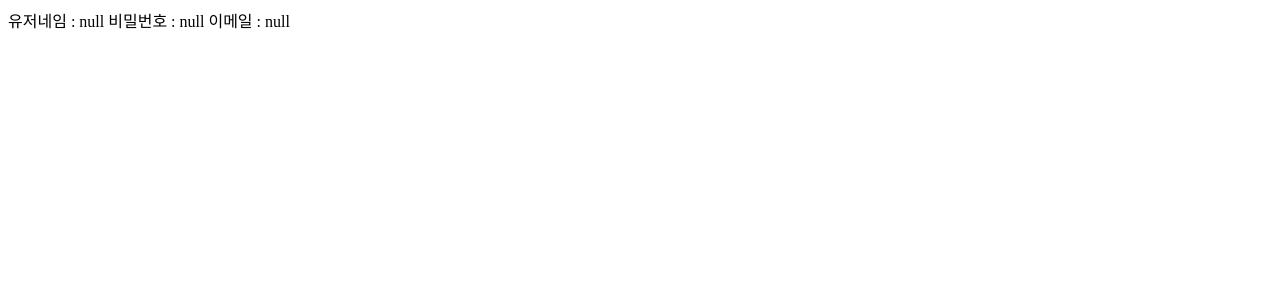
Repository: design-view/jsp-work
Page: http://localhost/cos/joinProc.jsp
An editor plug-in stored every save of this project. The page is shown before and after the next save, followed by the edit.
The browser window is 1280 px wide. The pictures show the whole page.
The page is served by Tomcat 9.

Above is the page before, as saved 2020-08-22 03:51:18.

After the next save:
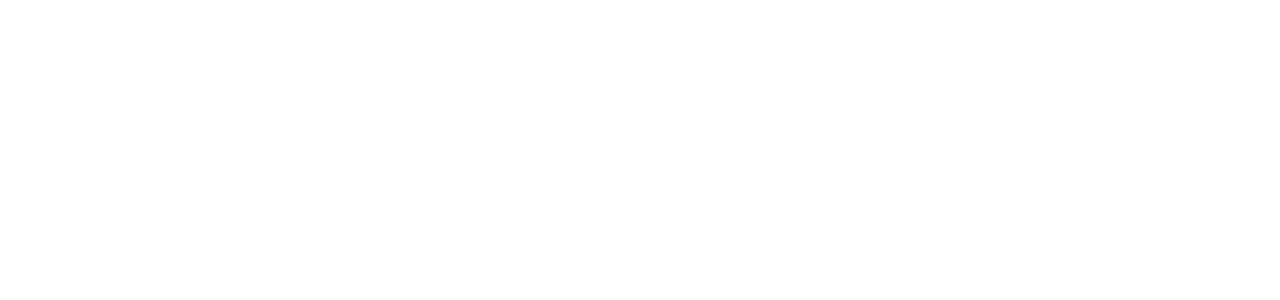
Saved 3 s later.
--- a/cos/WebContent/joinProc.jsp
+++ b/cos/WebContent/joinProc.jsp
@@ -5,15 +5,3 @@
 	String password = request.getParameter("password");
 	String email = request.getParameter("email");
 %>
-<!DOCTYPE html>
-<html>
-<head>
-<meta charset="UTF-8">
-<title>회원가입을 수행하는 페이지</title>
-</head>
-<body>
-	유저네임 : <%=username %>
-	비밀번호 : <%=password %>
-	 이메일 : <%=email %>
-</body>
-</html>

After the save that followed:
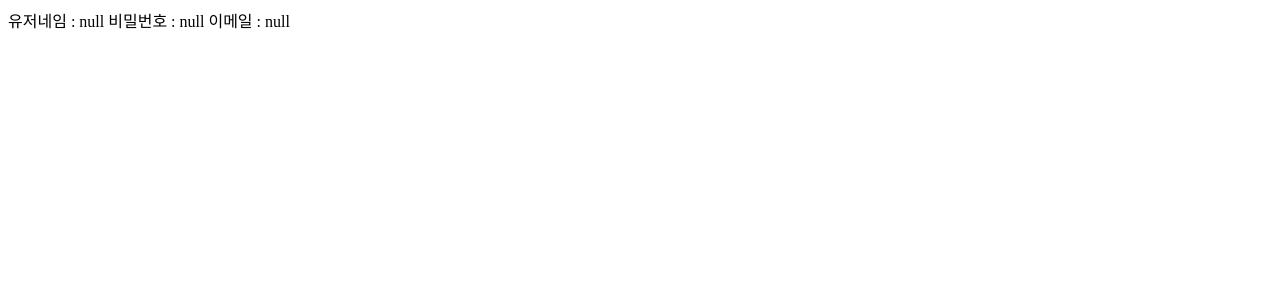
Saved 5 s later.
--- a/cos/WebContent/joinProc.jsp
+++ b/cos/WebContent/joinProc.jsp
@@ -5,3 +5,15 @@
 	String password = request.getParameter("password");
 	String email = request.getParameter("email");
 %>
+<!DOCTYPE html>
+<html>
+<head>
+<meta charset="UTF-8">
+<title>회원가입을 수행하는 페이지</title>
+</head>
+<body>
+	유저네임 : <%=username %>
+	비밀번호 : <%=password %>
+	 이메일 : <%=email %>
+</body>
+</html>
